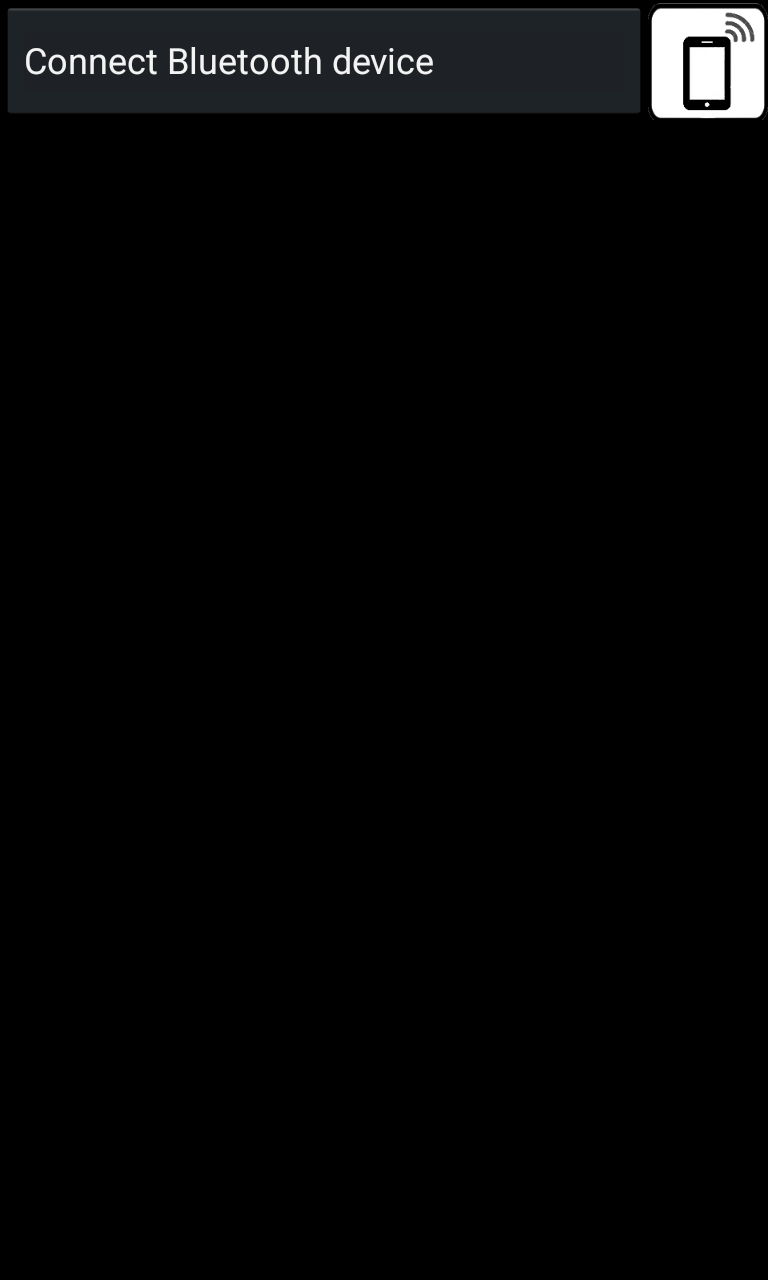
Repository: wangefan/cipherconnectsolution_new
Layout: CipherConnectPro/res/layout/build_conn_method_preference.xml
These files come from the project's save history. The layout is drawn as it stood at one moment and after the next save; the edit follows.
It is drawn on a 768 x 1280 px phone screen (xhdpi) without system bars, with theme android:Theme.Holo; the app's code is not run.

Above is the layout before, as saved 2015-03-18 05:57:44.

After the next save:
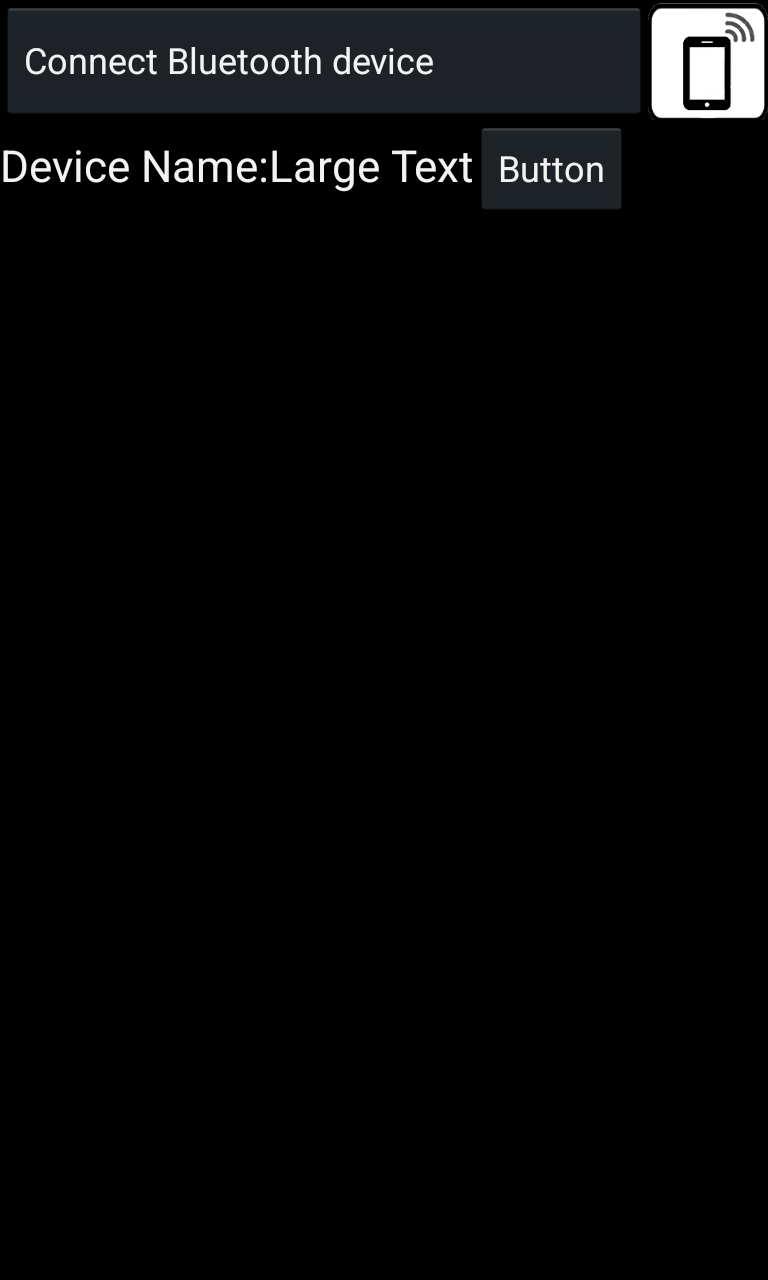
Saved 9 s later.
--- a/CipherConnectPro/res/layout/build_conn_method_preference.xml
+++ b/CipherConnectPro/res/layout/build_conn_method_preference.xml
@@ -28,6 +28,27 @@
 	<LinearLayout
 	    android:layout_width="match_parent"
 	    android:layout_height="wrap_content" >
+
+		<TextView
+		    android:id="@+id/tvTitle"
+		    android:layout_width="wrap_content"
+		    android:layout_height="wrap_content"
+		    android:text="@string/strCurrentDevName"
+		    android:textAppearance="?android:attr/textAppearanceLarge" />
+
+		<TextView
+		    android:id="@+id/textView2"
+		    android:layout_width="wrap_content"
+		    android:layout_height="wrap_content"
+		    android:text="Large Text"
+		    android:textAppearance="?android:attr/textAppearanceLarge" />
+
+		<Button
+		    android:id="@+id/button1"
+		    android:layout_width="wrap_content"
+		    android:layout_height="wrap_content"
+		    android:text="Button" />
+
 	</LinearLayout>
 
 </LinearLayout>
